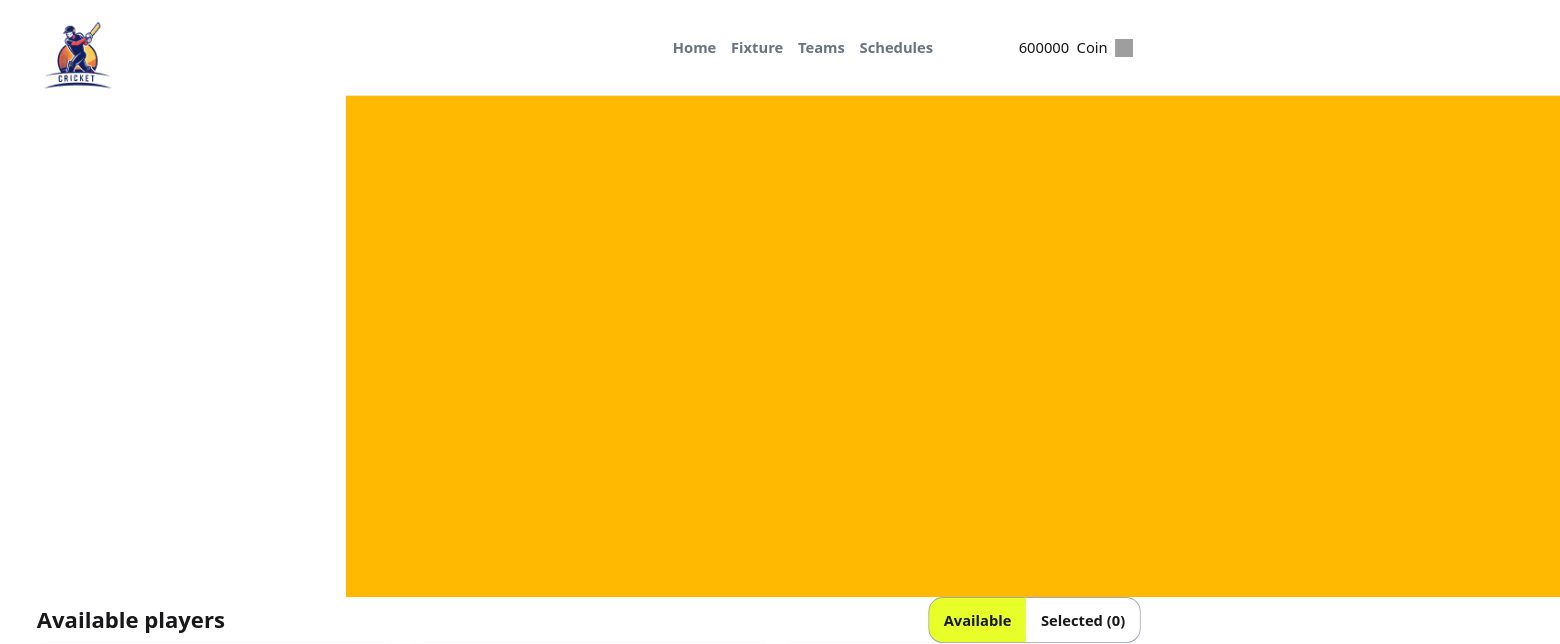
Repository: SanjidaSnigdha/Select-your-eleven
Page: /
These files come from the project's save history. The page is drawn as it stood at one moment and after the next save; the edit follows.
The browser window is 1280 px wide. The page is 1696 px wide, then 1280 px, so the pictures cover 1696 px, including what lies to the right of the window. The pictures show the part of the page from y = 0 to 700 px (the page is 3075 px tall), at 92% of full size.
Pictures or frames that could not be fetched are drawn as grey boxes. The project was rebuilt for these pictures with package versions that can differ from the ones it lists, and the page was loaded fresh each time. Also part of the build but not shown: vite.config.js, src/App.css, src/components/SelectedCard/SelectedCard.jsx, src/components/SelectedPlayers/SelectedPlayers.jsx.

Above is the page before, as saved 2026-03-21 23:20:15.

### index.html
<!doctype html>
<html lang="en" style="color-scheme: light;">
  <head>
    <meta charset="UTF-8" />
    <link rel="icon" type="image/svg+xml" href="/favicon.svg" />
    <meta name="viewport" content="width=device-width, initial-scale=1.0" />
    <title>select-your-eleven</title>
  </head>
  <body>
    <div id="root"></div>
    <script type="module" src="/src/main.jsx"></script>
  </body>
</html>

### src/index.css
 @import "tailwindcss";
 @plugin "daisyui" {
  themes: light --default, dark --prefersdark;
  themes: light --default;
 }

### src/App.jsx

import './App.css'
import { ToastContainer } from 'react-toastify';

import AvailablePlayers from './components/AvailablePlayers/AvailablePlayers'
import SelectedPlayers from './components/SelectedPlayers/SelectedPlayers'
import Navbar from './components/Navbar/Navbar'
import { Suspense, useState } from 'react'
import Banner from './components/Banner/Banner';

const fetchPlayers = async () =>{
  const res = await fetch("/players.json")
  return res.json()
}
const playersPromise = fetchPlayers()


function App() {
  const [toggle,setToggle] = useState(true)
  const [availableBalance,setAvailableBalance] = useState(600000)
  const [purchasedPlayers,setPurchasedPlayers] = useState([])
  const removePlayer = (p) =>{
    const filteredData = purchasedPlayers.filter(ply=> ply.player_name!==p.player_name)
    console.log(filteredData)
    setPurchasedPlayers(filteredData)
    setAvailableBalance(availableBalance+parseInt(p.price.split("USD").join("").
                split(",").join("")))

  }

  return (
    <>
   <Navbar availableBalance={availableBalance}></Navbar>
   <Banner></Banner>
   <div className='max-w-[1200px] mx-auto flex justify-between items-center'>
    <h1 className='font-bold text-2xl'>{
    toggle===true?"Available players":`Selected players(${purchasedPlayers.length}/6)`}</h1>
    <div className='font-bold'>
      <button onClick={()=>setToggle(true)} className={`py-3 px-4 border-1 border-gray-400 rounded-l-2xl border-r-0 ${toggle===true?"bg-[#E7FE29]":""}`}>Available</button>
      <button onClick={()=>setToggle(false)} className={`py-3 px-4 border-1 border-gray-400 rounded-r-2xl border-l-0 ${toggle===false?"bg-[#E7FE29]":""}`}>Selected <span>({purchasedPlayers.length})</span></button>
    </div>

   </div>

     {
      toggle === true?<Suspense fallback={<span className="loading loading-spinner loading-xl"></span>
}>
    <AvailablePlayers purchasedPlayers={purchasedPlayers} setPurchasedPlayers={setPurchasedPlayers} availableBalance={availableBalance} setAvailableBalance={setAvailableBalance} playersPromise={playersPromise}></AvailablePlayers>
</Suspense>:<SelectedPlayers removePlayer={removePlayer} purchasedPlayers={purchasedPlayers} setToggle={setToggle}></SelectedPlayers>

     }



      <ToastContainer></ToastContainer>

    </>
  )
}

export default App

### src/components/AvailablePlayers/AvailablePlayers.jsx
import React, { use } from 'react';

import PlayerCard from '../PlayerCard/PlayerCard';

const AvailablePlayers = ({playersPromise,setAvailableBalance,availableBalance,purchasedPlayers,setPurchasedPlayers}) => {
    const playerData = use(playersPromise)
    return (
        <div className='max-w-[1200px] mx-auto grid grid-cols-1 md:grid-cols-3 gap-4'>

            {
              playerData.map(player=><PlayerCard setPurchasedPlayers={setPurchasedPlayers} purchasedPlayers={purchasedPlayers} availableBalance={availableBalance} setAvailableBalance={setAvailableBalance} player={player}></PlayerCard>


              )
            }

        </div>
    );
};

export default AvailablePlayers;

### src/components/Navbar/Navbar.jsx
import React from 'react';
import navImg from "../../assets/logo.png"
import dollarImg from "../../assets/dollar-1.png"

const Navbar = ({availableBalance}) => {
    return (

         <div className="navbar max-w-[1200px] mx-auto">
          <div className="flex-1">
            <a className="text-xl">
              <img className="w-60px h-50px mt-4" src={navImg} alt="" />
           </a>
          </div>
          <div className='flex justify-between items-center text-gray-500 w-60 h-20 font-semibold mr-30 gap-4'>
            <a>Home</a>
            <a>Fixture</a>
            <a>Teams</a>
            <a>Schedules</a>
          </div>
          <div className="flex items-center gap-1 ml-4">
          <span className='mr-1'>{availableBalance}</span>
          <span className='mr-1'>Coin</span>
          <img className="w-5 h-5" src={dollarImg} alt="" />
         </div>
       </div>
    );

};

export default Navbar;

### src/components/Banner/Banner.jsx
import React from 'react';
import bannerImg from '../../assets/banner-main.png'

const Banner = () => {
    return (
        <div className='w-[1320px] h-[545px] ml-94 bg-amber-400'>

        </div>
    );
};

export default Banner;

### src/components/PlayerCard/PlayerCard.jsx
import React, { useState } from 'react';
import userImg from "../../assets/man.png"
import flagImg from "../../assets/flag.jpg"
import { toast } from 'react-toastify';

const PlayerCard = ({player,setAvailableBalance,availableBalance,purchasedPlayers,setPurchasedPlayers}) => {
    const [isSelected,setIsSelected] = useState(false)

    const handleSelected = (playerData) =>{
        const playerPrice = parseInt(playerData.price.split("USD").join("").
                split(",").join(""))
                if(availableBalance<playerPrice){
                    toast("Not enough coins!!")
                    return
                }
                if(purchasedPlayers.length===6){
                    toast("6 players already selected")
                    return
                }

         setIsSelected(true)
                setAvailableBalance(availableBalance - playerPrice);
                setPurchasedPlayers([...purchasedPlayers,playerData])


    };
    return (
                        <div className="card bg-base-100 shadow-sm p-4">
         <figure className="px-10 pt-10">
           <img
             src={player.player_image}
             alt="Shoes"
             className='w-full h-[280px] object-cover'
              />
         </figure>
         <div className="mt-4">
           <div className='flex'>
               <img className='w-8 h-8' src={userImg} alt="" /><h2 className='card-title ml-2'>{player.player_name}</h2>
           </div>
           <div className='flex justify-between mt-4 border-b-2 border-gray-400 pb-2'>
       <div className='flex items-center'>
           <img className='w-8 h-8' src={flagImg} alt="" />
           <span className='ml-2'>{player.player_country}</span>
           </div>
           <button className='btn'>{player.playing_role}</button>
           </div>
       <div className='flex justify-between font-bold'>
           <span>{player.rating}</span>

       </div>
       <div className='flex justify-between mt-4'>
           <span className='font-bold'>{player.bating_style}</span>
           <span>{player.bowling_style}</span>
       </div>

           <div className="card-actions mt-3 flex justify-between items-center">
               <p className='font-bold'>${player.price}</p>
             <button disabled={isSelected} onClick={()=>{handleSelected(player)

             }} className="btn">{isSelected===true?"Selected":"Choose player"}</button>
           </div>
         </div>
       </div>
    );
};

export default PlayerCard;

### public/players.json
[
  {
    "player_image": "https://i.ibb.co.com/CKt7DdsZ/shakib-al-hasan-smiling-8olow941lckcha6b.jpg",
    "player_name": "Shakib Al Hasan",
    "player_country": "Bangladesh",
    "playing_role": "All-Rounder",
    "rating": 9.5,
    "bating_style": "Left-hand bat",
    "bowling_style": "Slow left-arm orthodox",
    "price": "75,000 USD"
  },
  {
    "player_image": "https://i.ibb.co.com/WWKnGkNs/Faf-du-Plessis.jpg",
    "player_name": "Faf du Plessis",
    "player_country": "South Africa",
    "playing_role": "Batsman",
    "rating": 9.0,
    "bating_style": "Right-hand bat",
    "bowling_style": "Right-arm medium",
    "price": "70,000 USD"
  },
  {
    "player_image": "https://i.ibb.co.com/XZxnnz3F/Rashid-Khan.jpg",
    "player_name": "Rashid Khan",
    "player_country": "Afghanistan",
    "playing_role": "Bowler",
    "rating": 9.8,
    "bating_style": "Right-hand bat",
    "bowling_style": "Right-arm leg spin",
    "price": "85,000 USD"
  },
  {
    "player_image": "https://i.ibb.co.com/4w5xgSNn/liton-das.jpg",
    "player_name": "Liton Das",
    "player_country": "Bangladesh",
    "playing_role": "Wicketkeeper-Batsman",
    "rating": 8.7,
    "bating_style": "Right-hand bat",
    "bowling_style": "None",
    "price": "60,000 USD"
  },
  {
    "player_image": "https://i.ibb.co.com/391gsfv8/Andre-Russell.jpg",
    "player_name": "Andre Russell",
    "player_country": "West Indies",
    "playing_role": "All-Rounder",
    "rating": 9.6,
    "bating_style": "Right-hand bat",
    "bowling_style": "Right-arm fast",
    "price": "90,000 USD"
  },
  {
    "player_image": "https://i.ibb.co.com/67D8FvCn/Mustafizur-Rahman.webp",
    "player_name": "Mustafizur Rahman",
    "player_country": "Bangladesh",
    "playing_role": "Bowler",
    "rating": 8.9,
    "bating_style": "Left-hand bat",
    "bowling_style": "Left-arm fast-medium",
    "price": "65,000 USD"
  },
  {
    "player_image": "https://i.ibb.co.com/h1wRWkVC/David-Warner.jpg",
    "player_name": "David Warner",
    "player_country": "Australia",
    "playing_role": "Batsman",
    "rating": 9.4,
    "bating_style": "Left-hand bat",
    "bowling_style": "Right-arm leg spin",
    "price": "95,000 USD"
  },
  {
    "player_image": "https://i.ibb.co.com/0VsmTGGY/Sunil-Narine.jpg",
    "player_name": "Sunil Narine",
    "player_country": "West Indies",
    "playing_role": "All-Rounder",
    "rating": 9.2,
    "bating_style": "Left-hand bat",
    "bowling_style": "Right-arm off spin",
    "price": "80,000 USD"
  },
  {
    "player_image": "https://i.ibb.co.com/HpkRbDz3/Babar.png",
    "player_name": "Babar Azam",
    "player_country": "Pakistan",
    "playing_role": "Batsman",
    "rating": 9.3,
    "bating_style": "Right-hand bat",
    "bowling_style": "None",
    "price": "92,000 USD"
  },
  {
    "player_image": "https://i.ibb.co.com/dsk08w2x/Lasith-Malinga1.jpg",
    "player_name": "Lasith Malinga",
    "player_country": "Sri Lanka",
    "playing_role": "Bowler",
    "rating": 9.1,
    "bating_style": "Right-hand bat",
    "bowling_style": "Right-arm fast",
    "price": "78,000 USD"
  },
  {
    "player_image": "https://i.ibb.co.com/s9vHr4tS/Ben-Stokes.png",
    "player_name": "Ben Stokes",
    "player_country": "England",
    "playing_role": "All-Rounder",
    "rating": 9.7,
    "bating_style": "Left-hand bat",
    "bowling_style": "Right-arm fast-medium",
    "price": "100,000 USD"
  },
  {
    "player_image": "https://i.ibb.co.com/gFhPmT1c/Quinton-de-Kock1.jpg",
    "player_name": "Quinton de Kock",
    "player_country": "South Africa",
    "playing_role": "Wicketkeeper-Batsman",
    "rating": 9.0,
    "bating_style": "Left-hand bat",
    "bowling_style": "None",
    "price": "88,000 USD"
  }
]

Loaded but not shown: src/main.jsx (common file)

After the next save:
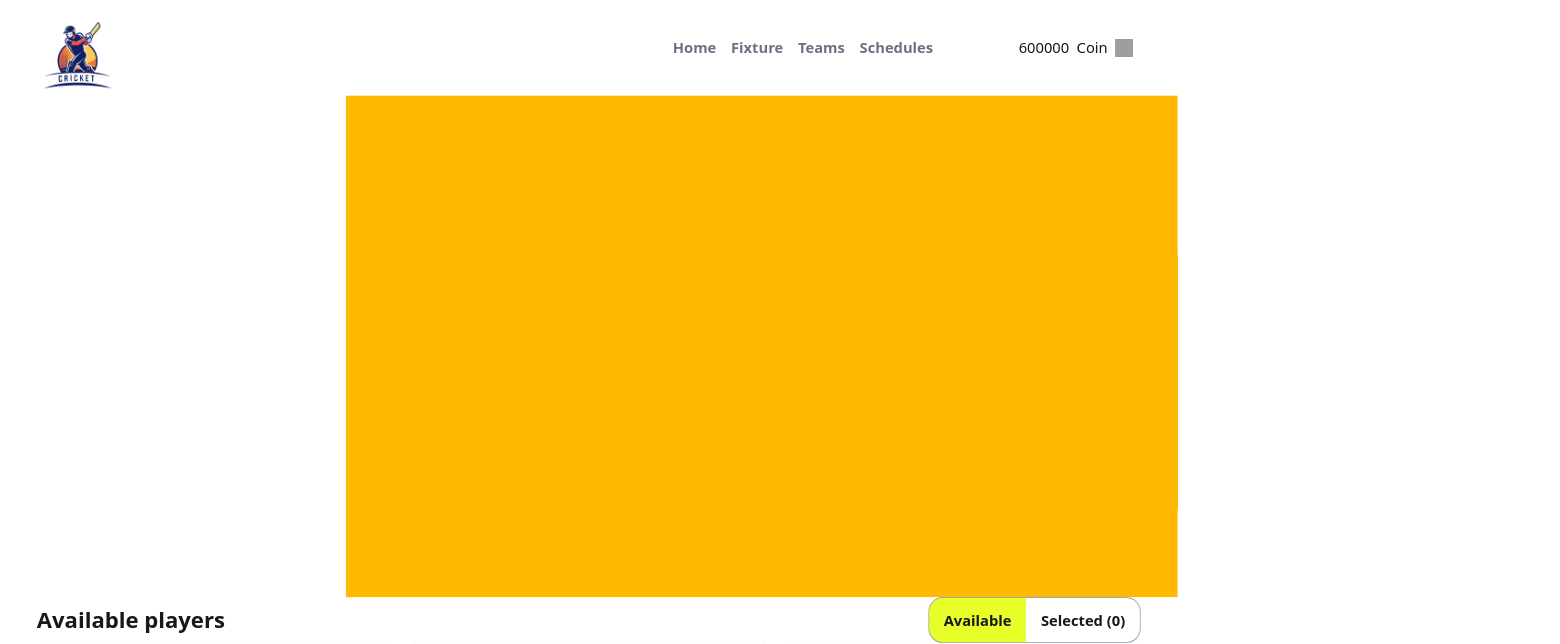
Saved 44 s later.
--- a/src/components/Banner/Banner.jsx
+++ b/src/components/Banner/Banner.jsx
@@ -3,7 +3,7 @@ import bannerImg from '../../assets/banner-main.png'
 
 const Banner = () => {
     return (
-        <div className='w-[1320px] h-[545px] ml-94 bg-amber-400'>
+        <div className=' max-w-[1200px] h-[545px] ml-94 bg-amber-400'>
 
         </div>
     );
